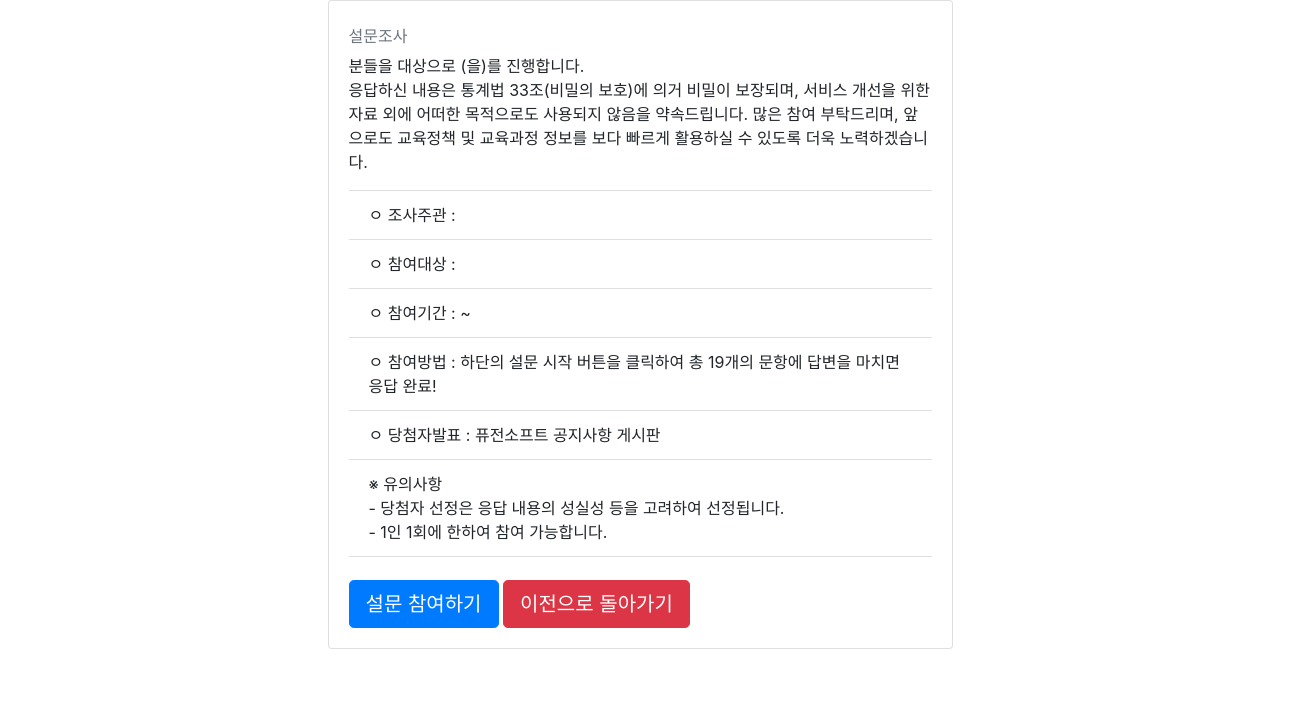
Repository: Pastelkun99/fs_1
Page: http://localhost/Fusion_1/WEB-INF/views/analysisList.jsp
These files come from the project's save history. The page is drawn as it stood at one moment and after the next save; the edit follows.
The browser window is 1280 px wide. The page is 1295 px wide, so the pictures cover 1295 px, including what lies to the right of the window. The pictures show the whole page.
The page is served by Tomcat 9. Nobody is signed in. The template is opened directly, without the code that normally fills it, so the values that code supplies are empty.

Above is the page before, as saved 2019-11-21 04:57:03.
Console error: TypeError: Cannot read properties of undefined (reading 'fn')

After the next save:
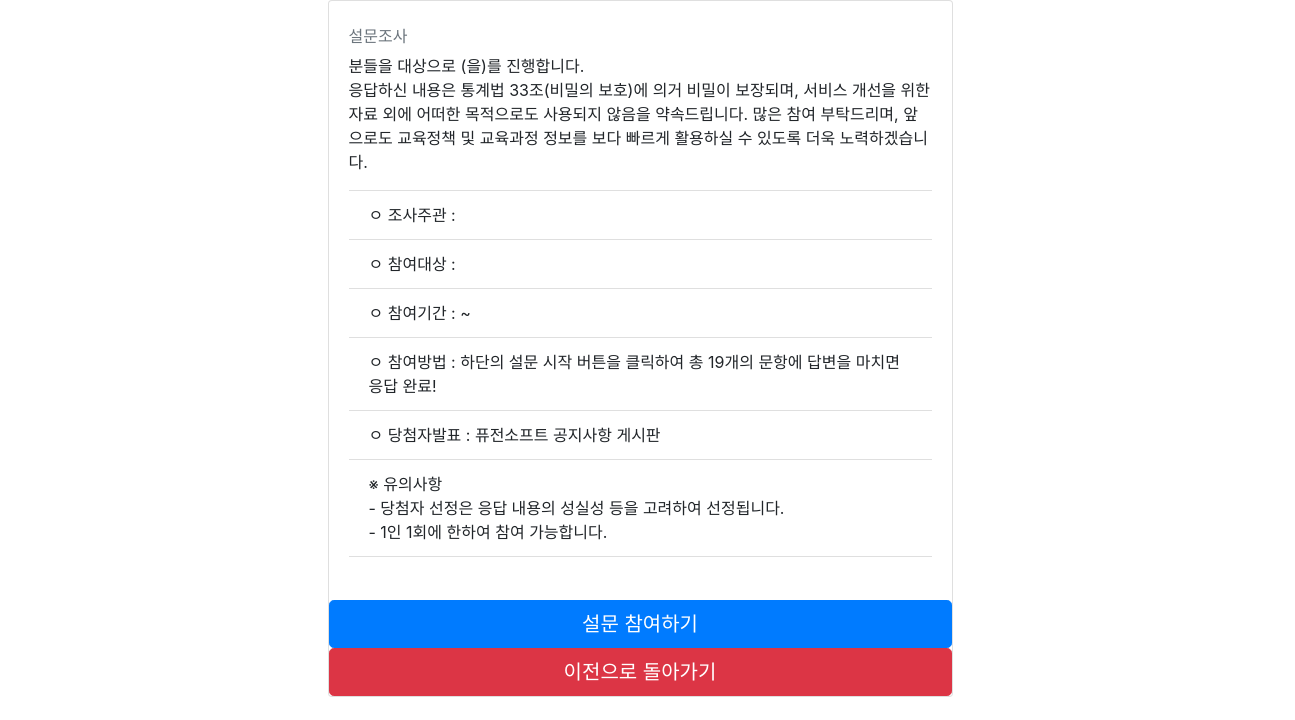
Saved 19 s later.
--- a/Fusion_1/src/main/webapp/WEB-INF/views/analysisList.jsp
+++ b/Fusion_1/src/main/webapp/WEB-INF/views/analysisList.jsp
@@ -39,9 +39,9 @@
 	    	  								- 1인 1회에 한하여 참여 가능합니다.</li>
 	    	  	</br>
 	    	  </ul>
-	    	  	<button class="btn btn-lg btn-primary" onClick="location.href='${pageContext.request.contextPath}/analysisList.do'">설문 참여하기</button>
-	    	  	<button class="btn btn-lg btn-danger" onClick="history.back()">이전으로 돌아가기</button>
 		  	</div>
+   	  	<button class="btn btn-lg btn-primary" onClick="location.href='${pageContext.request.contextPath}/analysisList.do'">설문 참여하기</button>
+   	  	<button class="btn btn-lg btn-danger" onClick="history.back()">이전으로 돌아가기</button>
   		</div>
 	</div>
   	<div class="col-3"></div>
